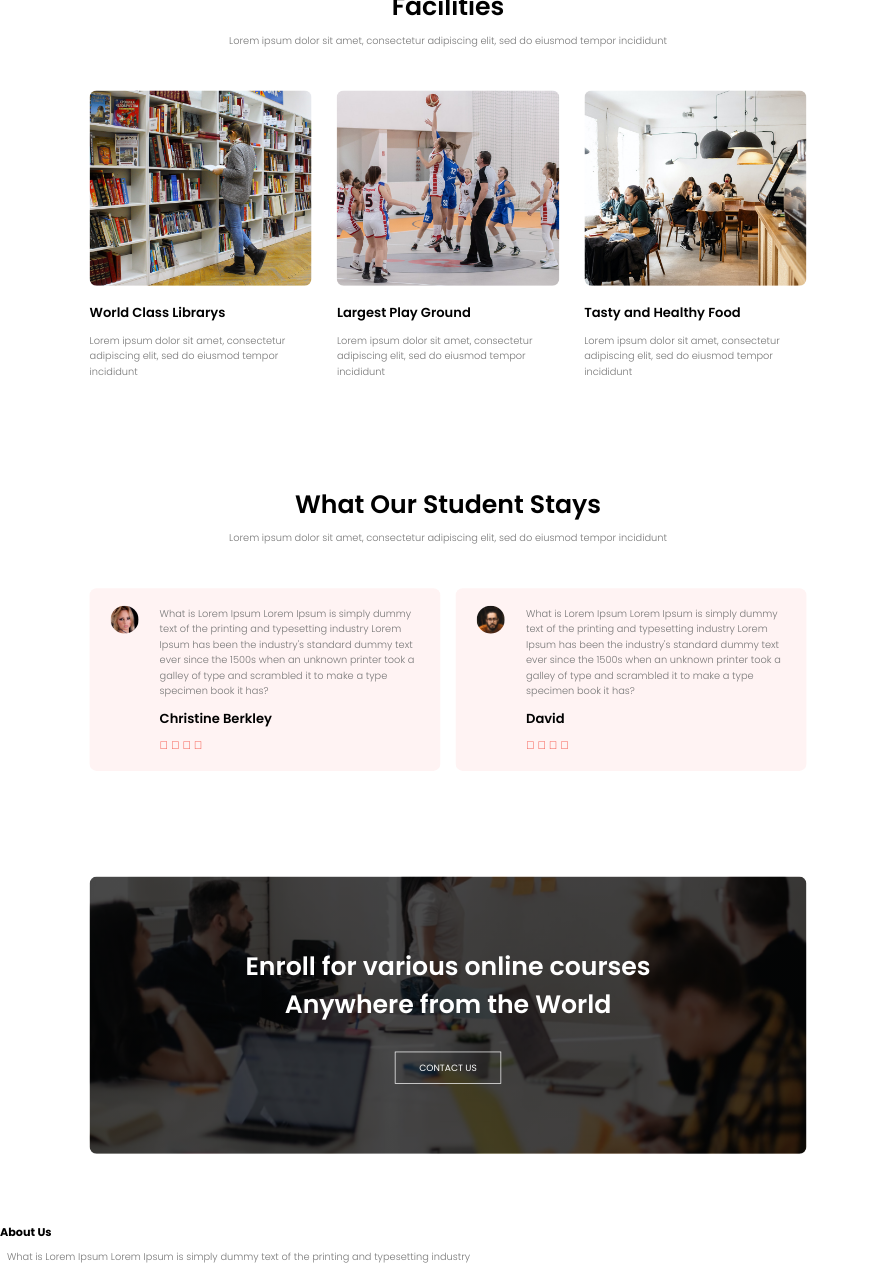
Repository: dewaary/company-profile
Page: index.html
An editor plug-in stored every save of this project. The page is shown before and after the next save, followed by the edit.
The browser window is 1280 px wide. The pictures show the part of the page from y = 2006 to 3926 px (the page is 3821 px tall before and 3926 px after), at 70% of full size.

Above is the page before, as saved 2021-05-07 22:39:30.

After the next save:
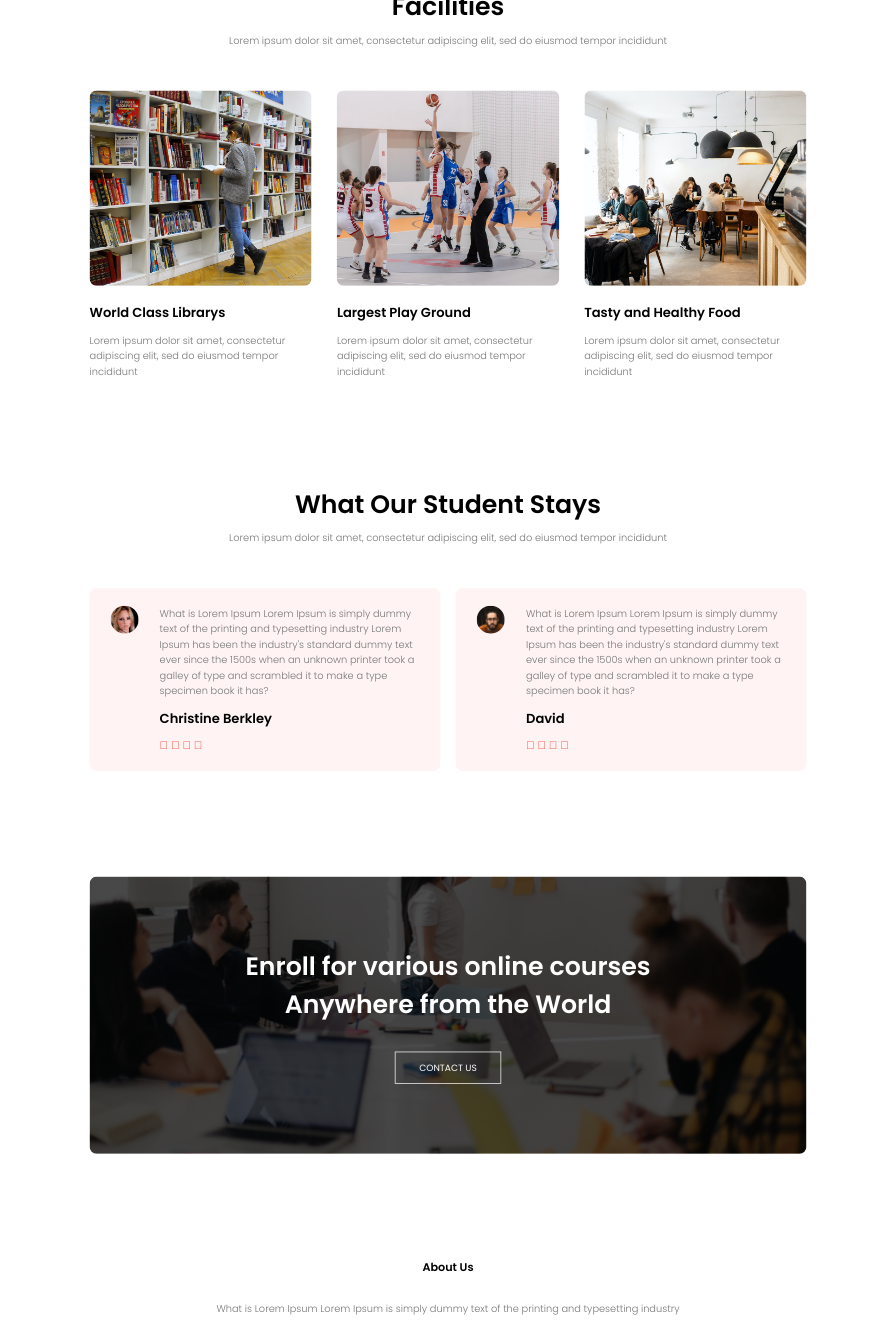
Saved 82 s later.
--- a/style.css
+++ b/style.css
@@ -333,3 +333,15 @@ h3 {
     font-size: 20px;
   }
 }
+
+.footer{
+  width: 100%;
+  text-align: center;
+  padding: 30px 0;
+}
+
+.footer h4{
+  margin-bottom: 25px;
+  margin-top: 20px;
+  font-weight: 600;
+}
